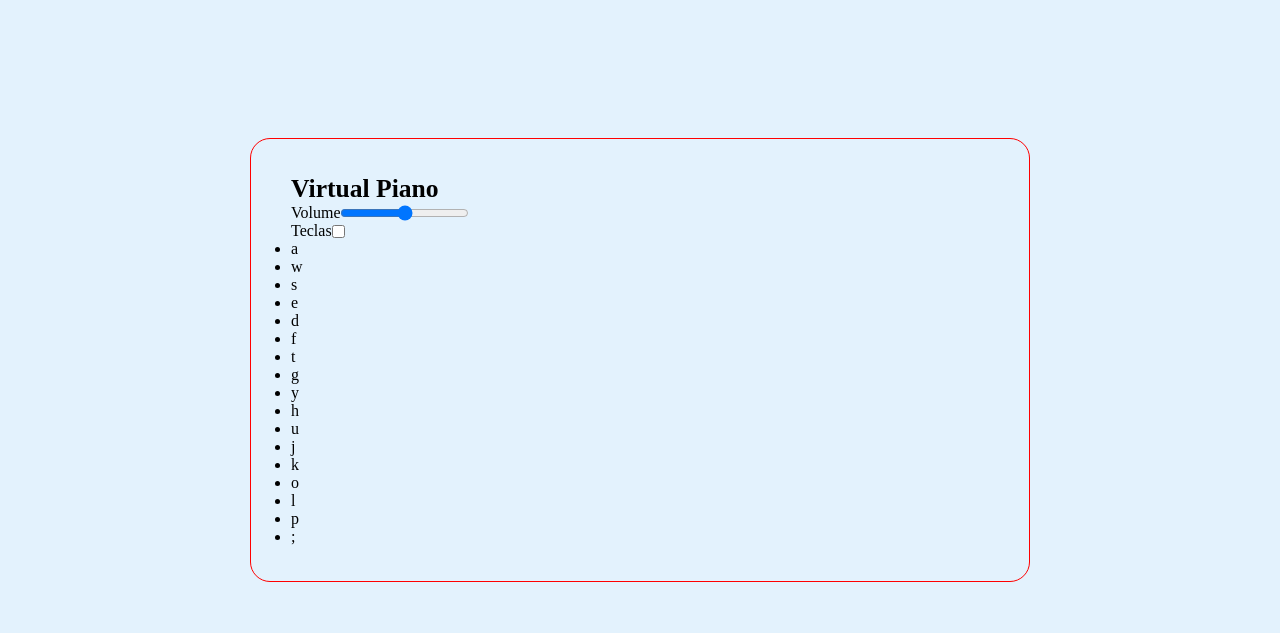
Repository: gustavotwist/simulador-piano
Page: index.html
An editor plug-in stored every save of this project. The page is shown before and after a run of saves, followed by the edit.
The browser window is 1280 px wide. The pictures show the whole page.

Above is the page before, as saved 2024-11-27 18:39:28.

### index.html
<!DOCTYPE html>
<html lang="pt-br">
<head>
    <meta charset="UTF-8">
    <meta name="viewport" content="width=device-width, initial-scale=1.0">
    <title>Piano Simulator</title>

    <link rel="stylesheet" href="./src/styles/reset.css">
    <link rel="stylesheet" href="./src/styles/main.css">
</head>

<body>
    <div class="container">
        <header>
            <h2>Virtual Piano</h2>
            <div class="column volume-slider">
                <span>Volume</span> <input type="range">
            </div>
            <div class="column keys-check">
                <span>Teclas</span> <input type="checkbox" cheked>
            </div>
        </header>
        <ul class="piano-keys">
            <li class="key"><span>a</span></li>
            <li class="key"><span>w</span></li>
            <li class="key white"><span>s</span></li>
            <li class="key black"><span>e</span></li>
            <li class="key white"><span>d</span></li>
            <li class="key black"><span>f</span></li>
            <li class="key white"><span>t</span></li>
            <li class="key black"><span>g</span></li>
            <li class="key white"><span>y</span></li>
            <li class="key black"><span>h</span></li>
            <li class="key white"><span>u</span></li>
            <li class="key black"><span>j</span></li>
            <li class="key white"><span>k</span></li>
            <li class="key black"><span>o</span></li>
            <li class="key white"><span>l</span></li>
            <li class="key black"><span>p</span></li>
            <li class="key white"><span>;</span></li>
        </ul>

    </div>

    <script src="./src/scripts/engine.js"></script>
</body>
</html>

### src/styles/main.css
body {
    display: flex;
    align-items: center;
    justify-content: center;
    min-height: 100vh;
    background-color: #e3f2fd;
}

.container {
    width: 780px;
    border-radius: 20px;
    padding: 35px 40px;
    border: 1px solid red;
}

header h2 {
    font-size: 1.6rem;
}

header .column {
    display: flex;
    align-items: center;
}

header .column span {
    font-weight: 500;
    margin-right: ;
}

Loaded but not shown: src/styles/reset.css (common file); src/scripts/engine.js (no copy from this time; the picture is the same without it)

After the next 8 saves:
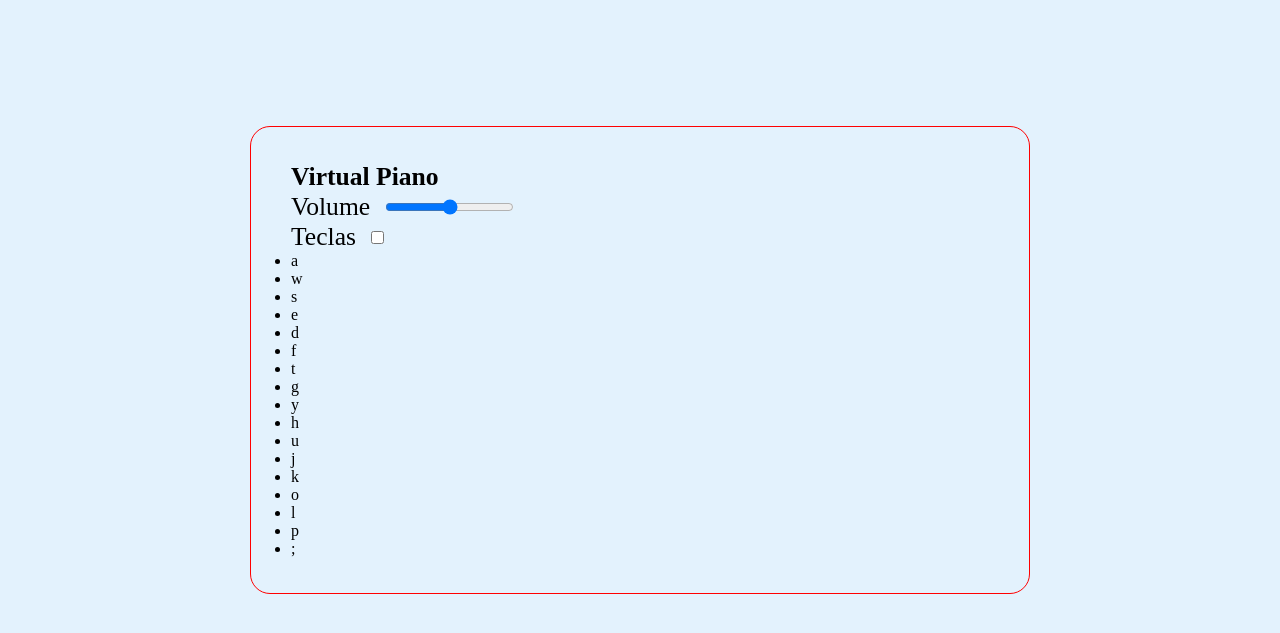
The 8 saves are shown as one change because they came seconds apart.
The last was saved 26 s later.
--- a/src/styles/main.css
+++ b/src/styles/main.css
@@ -24,5 +24,6 @@ header .column {
 
 header .column span {
     font-weight: 500;
-    margin-right: ;
+    margin-right: 15px;
+    font-size: 1.6rem;
 }
